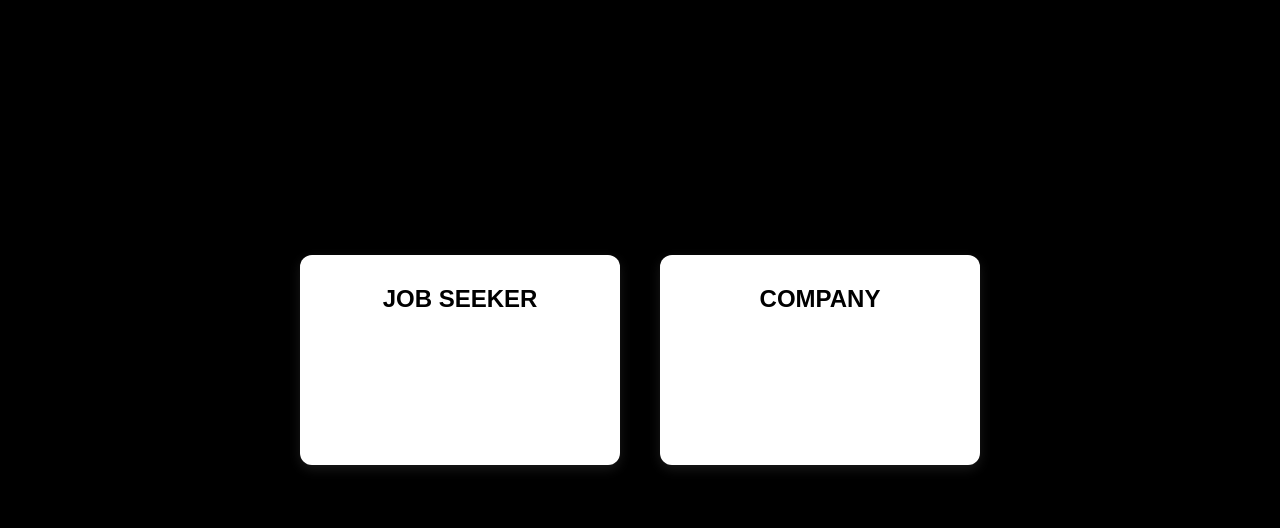
Repository: parthsabhani/Job_Portal_JSP_Servlet
Page: http://localhost/Job_Portal/home.jsp
An editor plug-in stored every save of this project. The page is shown before and after the next save, followed by the edit.
The browser window is 1280 px wide. The pictures show the whole page.
The page is served by Tomcat 10. Other server files are loaded and not shown.

Above is the page before, as saved 2025-04-22 05:49:30.

### Job_Portal/src/main/webapp/home.jsp
<%@ page language="java" contentType="text/html; charset=UTF-8"
    pageEncoding="UTF-8"%>
<!DOCTYPE html>
<html lang="en">
<head>
  <meta charset="UTF-8" />
  <meta name="viewport" content="width=device-width, initial-scale=1.0"/>
  <title>Reveal on Hover</title>
  <style>
    body {
      margin: 0;
      height: 100vh;
      background-color: #000;
      display: flex;
      justify-content: center;
      align-items: center;
      font-family: Arial, sans-serif;
    }

    .card-container {
      display: flex;
      gap: 40px;
    }

    .card {
      background-color: #fff;
      color: black;
      padding: 30px 50px;
      border-radius: 12px;
      box-shadow: 0 4px 12px rgba(255, 255, 255, 0.1);
      text-align: center;
      font-size: 24px;
      transition: transform 0.3s ease, box-shadow 0.3s ease;
      cursor: pointer;
      display: flex;
      flex-direction: column;
      align-items: center;
      justify-content: flex-start;
      height: 150px;
      width: 220px;
      overflow: hidden;
      position: relative;
    }

    .card:hover {
      transform: translateY(-5px);
      box-shadow: 0 6px 18px rgba(255, 255, 255, 0.2);
    }

    .card-title {
      font-weight: bold;
      margin-bottom: 20px;
      transition: margin-bottom 0.3s ease;
    }

    .card-buttons {
      opacity: 0;
      transform: translateY(20px);
      transition: opacity 0.3s ease, transform 0.3s ease;
      display: flex;
      flex-direction: column;
      gap: 10px;
    }

    .card:hover .card-buttons {
      opacity: 1;
      transform: translateY(0);
    }

    .card button {
      width: 140px;
      padding: 10px 0;
      font-size: 14px;
      border: none;
      border-radius: 6px;
      background-color: #000;
      color: white;
      transition: background-color 0.3s ease;
      box-sizing: border-box;
    }

    .card button:hover {
      background-color: #333;
    }
  </style>
</head>
<body>
  <div class="card-container">
    <div class="card">
      <div class="card-title">JOB SEEKER</div>
      <div class="card-buttons">
        <button onclick="location.href='jobSeekerRegister.jsp'">Registration</button>
        <button onclick="location.href='jobSeekerLogin.jsp'">Login</button>
      </div>
    </div>

    <div class="card">
      <div class="card-title">COMPANY</div>
      <div class="card-buttons">
        <button onclick="location.href='companyRegister.jsp'">Registration</button>
        <button onclick="location.href='companyLogin.jsp'">Login</button>
      </div>
    </div>
  </div>
</body>
</html>

After the next save:
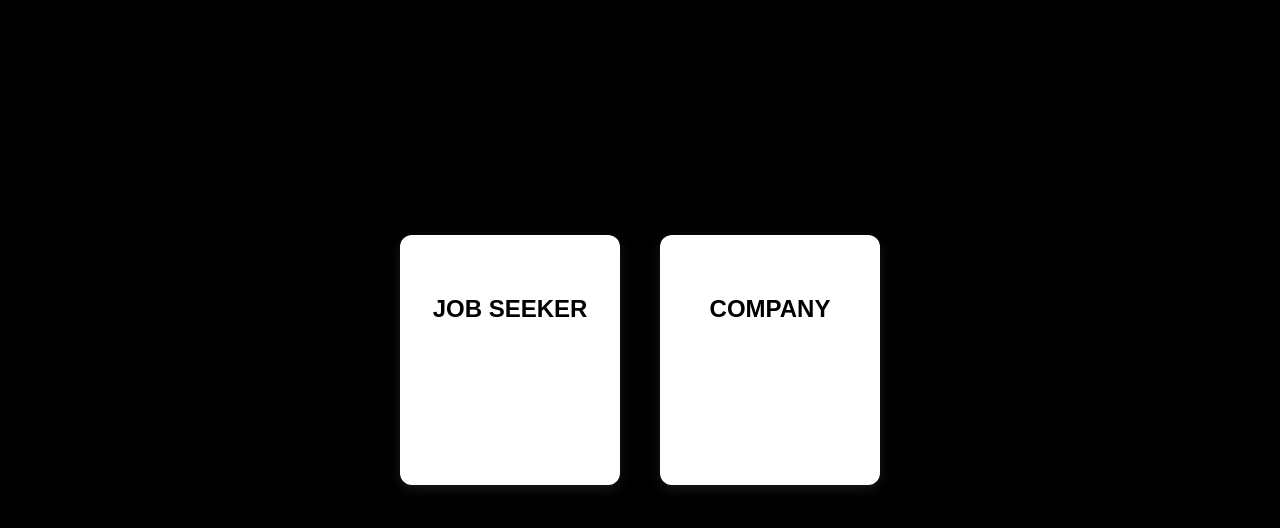
Saved 61 s later.
--- a/Job_Portal/src/main/webapp/home.jsp
+++ b/Job_Portal/src/main/webapp/home.jsp
@@ -25,7 +25,6 @@
     .card {
       background-color: #fff;
       color: black;
-      padding: 30px 50px;
       border-radius: 12px;
       box-shadow: 0 4px 12px rgba(255, 255, 255, 0.1);
       text-align: center;
@@ -35,8 +34,8 @@
       display: flex;
       flex-direction: column;
       align-items: center;
-      justify-content: flex-start;
-      height: 150px;
+      justify-content: center;
+      height: 250px;
       width: 220px;
       overflow: hidden;
       position: relative;
@@ -47,10 +46,20 @@
       box-shadow: 0 6px 18px rgba(255, 255, 255, 0.2);
     }
 
+    .card-content {
+      display: flex;
+      flex-direction: column;
+      align-items: center;
+      transition: all 0.3s ease;
+    }
+
+    .card:hover .card-content {
+      transform: translateY(-40px);
+    }
+
     .card-title {
       font-weight: bold;
       margin-bottom: 20px;
-      transition: margin-bottom 0.3s ease;
     }
 
     .card-buttons {
@@ -87,18 +96,22 @@
 <body>
   <div class="card-container">
     <div class="card">
-      <div class="card-title">JOB SEEKER</div>
-      <div class="card-buttons">
-        <button onclick="location.href='jobSeekerRegister.jsp'">Registration</button>
-        <button onclick="location.href='jobSeekerLogin.jsp'">Login</button>
+      <div class="card-content">
+        <div class="card-title">JOB SEEKER</div>
+        <div class="card-buttons">
+          <button onclick="location.href='jobSeekerRegister.jsp'">Registration</button>
+          <button onclick="location.href='jobSeekerLogin.jsp'">Login</button>
+        </div>
       </div>
     </div>
 
     <div class="card">
-      <div class="card-title">COMPANY</div>
-      <div class="card-buttons">
-        <button onclick="location.href='companyRegister.jsp'">Registration</button>
-        <button onclick="location.href='companyLogin.jsp'">Login</button>
+      <div class="card-content">
+        <div class="card-title">COMPANY</div>
+        <div class="card-buttons">
+          <button onclick="location.href='companyRegister.jsp'">Registration</button>
+          <button onclick="location.href='companyLogin.jsp'">Login</button>
+        </div>
       </div>
     </div>
   </div>

After the save that followed:
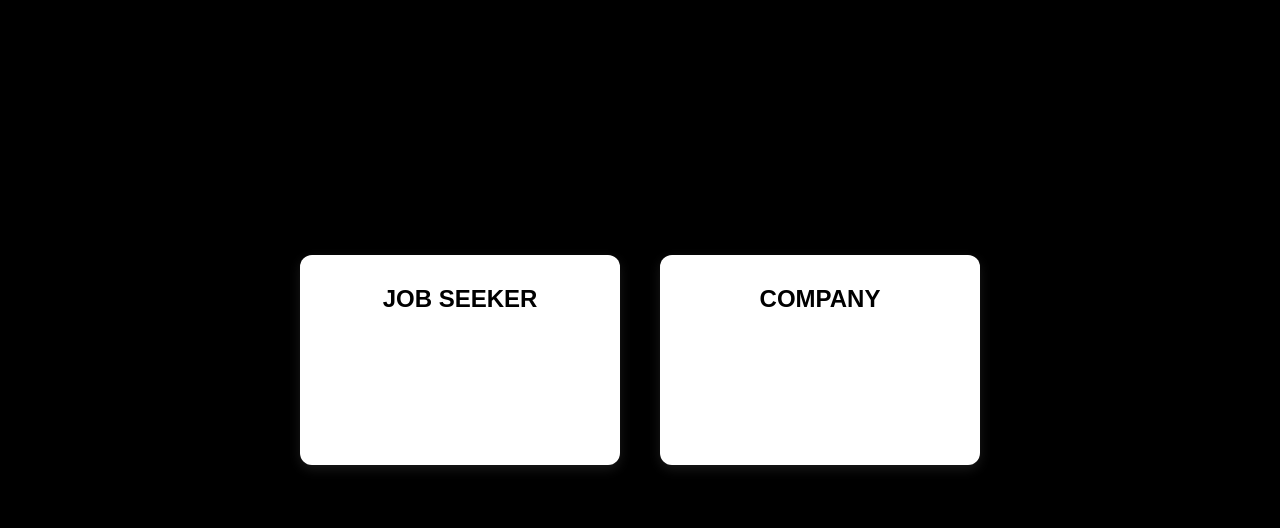
Saved 8 s later.
--- a/Job_Portal/src/main/webapp/home.jsp
+++ b/Job_Portal/src/main/webapp/home.jsp
@@ -25,6 +25,7 @@
     .card {
       background-color: #fff;
       color: black;
+      padding: 30px 50px;
       border-radius: 12px;
       box-shadow: 0 4px 12px rgba(255, 255, 255, 0.1);
       text-align: center;
@@ -34,8 +35,8 @@
       display: flex;
       flex-direction: column;
       align-items: center;
-      justify-content: center;
-      height: 250px;
+      justify-content: flex-start;
+      height: 150px;
       width: 220px;
       overflow: hidden;
       position: relative;
@@ -46,20 +47,10 @@
       box-shadow: 0 6px 18px rgba(255, 255, 255, 0.2);
     }
 
-    .card-content {
-      display: flex;
-      flex-direction: column;
-      align-items: center;
-      transition: all 0.3s ease;
-    }
-
-    .card:hover .card-content {
-      transform: translateY(-40px);
-    }
-
     .card-title {
       font-weight: bold;
       margin-bottom: 20px;
+      transition: margin-bottom 0.3s ease;
     }
 
     .card-buttons {
@@ -96,22 +87,18 @@
 <body>
   <div class="card-container">
     <div class="card">
-      <div class="card-content">
-        <div class="card-title">JOB SEEKER</div>
-        <div class="card-buttons">
-          <button onclick="location.href='jobSeekerRegister.jsp'">Registration</button>
-          <button onclick="location.href='jobSeekerLogin.jsp'">Login</button>
-        </div>
+      <div class="card-title">JOB SEEKER</div>
+      <div class="card-buttons">
+        <button onclick="location.href='jobSeekerRegister.jsp'">Registration</button>
+        <button onclick="location.href='jobSeekerLogin.jsp'">Login</button>
       </div>
     </div>
 
     <div class="card">
-      <div class="card-content">
-        <div class="card-title">COMPANY</div>
-        <div class="card-buttons">
-          <button onclick="location.href='companyRegister.jsp'">Registration</button>
-          <button onclick="location.href='companyLogin.jsp'">Login</button>
-        </div>
+      <div class="card-title">COMPANY</div>
+      <div class="card-buttons">
+        <button onclick="location.href='companyRegister.jsp'">Registration</button>
+        <button onclick="location.href='companyLogin.jsp'">Login</button>
       </div>
     </div>
   </div>
